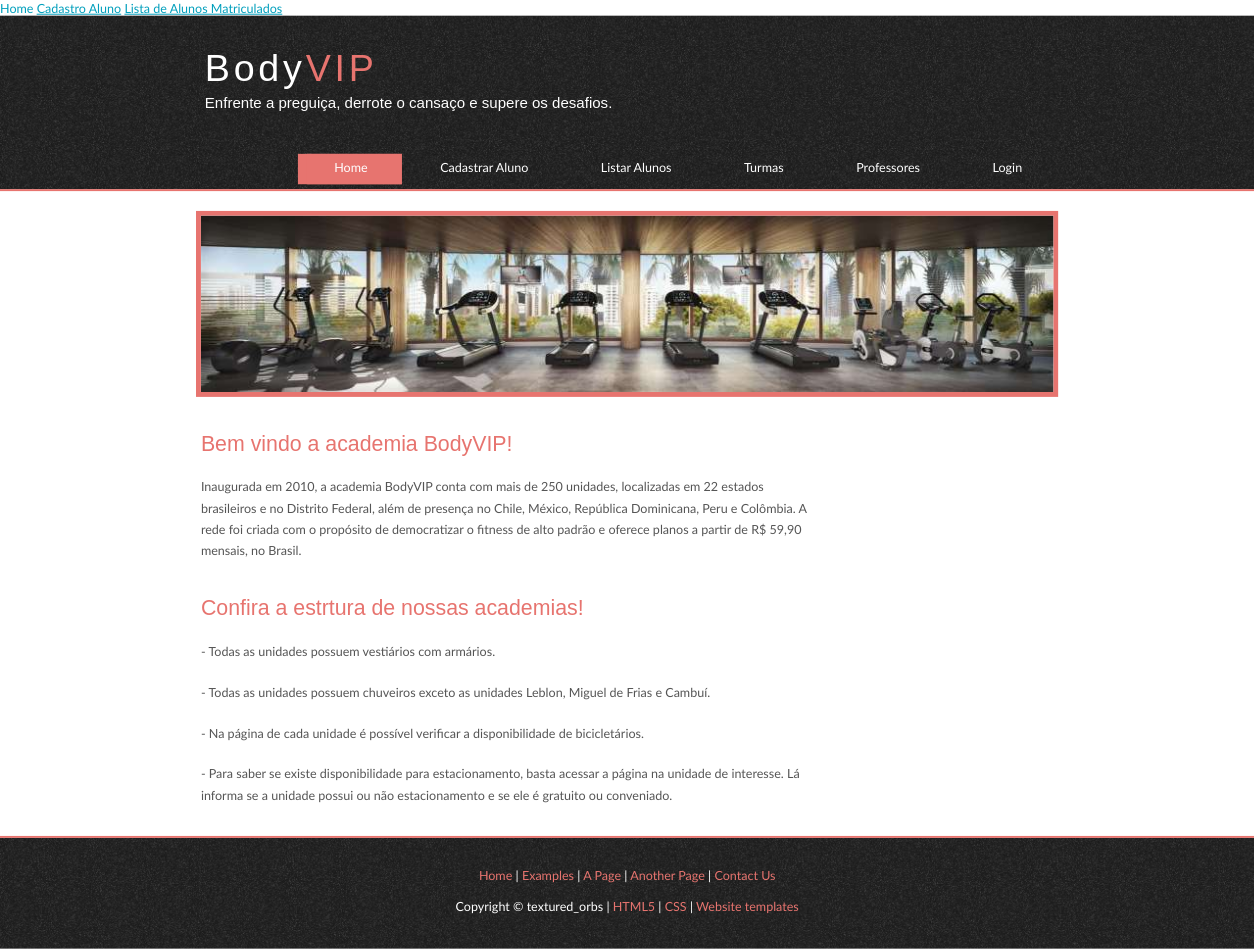
Repository: Thais-Ferreira/Projeto_bodyVIP
Page: http://localhost/BodyVIP/home.jsp
These files come from the project's save history. The page is drawn as it stood at one moment and after the next save; the edit follows.
The browser window is 1280 px wide. The pictures show the whole page, at 98% of full size.
The page is served by Tomcat 9. Other server files are loaded and not shown.

Above is the page before, as saved 2017-06-18 23:37:44.

### BodyVIP/WebContent/home.jsp
<%@ page language="java" contentType="text/html; charset=ISO-8859-1"
    pageEncoding="ISO-8859-1"%>
<!DOCTYPE html PUBLIC "-//W3C//DTD HTML 4.01 Transitional//EN" "http://www.w3.org/TR/html4/loose.dtd">
<html>
<head>
	<meta http-equiv="Content-Type" content="text/html; charset=ISO-8859-1">
	<link rel="stylesheet" type="text/css" href="css/style.css" />
	<title>Home</title>
</head>
<body>
	<jsp:include page="cabecalho.jsp"></jsp:include>
	<div id="main">
    <div id="header">
      <div id="logo">
        <div id="logo_text">
          <!-- class="logo_colour", allows you to change the colour of the text -->
          <h1><a href="index.html">Body<span class="logo_colour">VIP</span></a></h1>
          <h2>Enfrente a preguiça, derrote o cansaço e supere os desafios.</h2>
        </div>
      </div>
      <div id="menubar">
        <ul id="menu">
          <!-- put class="selected" in the li tag for the selected page - to highlight which page you're on -->
          <li class="selected"><a href="index.html">Home</a></li>
          <li><a href="AlunoController?acao=cadastro">Cadastrar Aluno</a></li>
          <li><a href="AlunoController?acao=buscaLista">Listar Alunos</a></li>
          <li><a href="page.html">Turmas</a></li>
          <li><a href="another_page.html">Professores</a></li>
          <li><a href="contact.html">Login</a></li>
        </ul>
      </div>
    </div>
    <div id="content_header"></div>
    <div id="site_content">
      <div id="banner"></div>

      <div id="content">
        <!-- insert the page content here -->
        <h1>Bem vindo a academia BodyVIP!</h1>
        <p>Inaugurada em 2010, a academia BodyVIP conta com mais de 250 unidades, localizadas em 22 estados brasileiros
        e no Distrito Federal, além de presença no Chile, México, República Dominicana, Peru e Colômbia.
        A rede foi criada com o propósito de democratizar o fitness de alto padrão e oferece planos
        a partir de R$ 59,90 mensais, no Brasil.
		</p>
        <h1>Confira a estrtura de nossas academias!</h1>
        <p>- Todas as unidades possuem vestiários com armários.</p>
        <p>- Todas as unidades possuem chuveiros exceto as unidades Leblon, Miguel de Frias e Cambuí.</p>
        <p>- Na página de cada unidade é possível verificar a disponibilidade de bicicletários. </p>
        <p>- Para saber se existe disponibilidade para estacionamento, basta acessar a página na unidade de
        interesse. Lá informa se a unidade possui ou não estacionamento e se ele é gratuito ou conveniado. </p>
      </div>
    </div>
    <div id="content_footer"></div>
    <div id="footer">
      <p><a href="index.html">Home</a> | <a href="examples.html">Examples</a> | <a href="page.html">A Page</a> | <a href="another_page.html">Another Page</a> | <a href="contact.html">Contact Us</a></p>
      <p>Copyright &copy; textured_orbs | <a href="http://validator.w3.org/check?uri=referer">HTML5</a> | <a href="http://jigsaw.w3.org/css-validator/check/referer">CSS</a> | <a href="http://www.html5webtemplates.co.uk">Website templates</a></p>
    </div>
  </div>
</body>
</html>

### BodyVIP/WebContent/cabecalho.jsp
<%@ page language="java" contentType="text/html; charset=ISO-8859-1"
    pageEncoding="ISO-8859-1"%>
<!DOCTYPE html PUBLIC "-//W3C//DTD HTML 4.01 Transitional//EN" "http://www.w3.org/TR/html4/loose.dtd">
<html>
<head>
<meta http-equiv="Content-Type" content="text/html; charset=ISO-8859-1">
<title>Cabeçalho</title>
</head>
<body>
	<a href="home.jsp">Home</a>
	<a href="AlunoController?acao=cadastro">Cadastro Aluno</a>
	<a href="AlunoController?acao=buscaLista">Lista de Alunos Matriculados</a>
</body>
</html>

### BodyVIP/WebContent/css/style.css
@CHARSET "ISO-8859-1";

html
{ height: 100%;}

*
{ margin: 0;
  padding: 0;}

body
{ font: normal .80em 'trebuchet ms', arial, sans-serif;
  background: #FFF;
  color: #555;}

p
{ padding: 0 0 20px 0;
  line-height: 1.7em;}

img
{ border: 0;}

h1, h2, h3, h4, h5, h6
{ color: #E7746F;
  letter-spacing: 0em;
  padding: 0 0 5px 0;}

h1, h2, h3
{ font: normal 170% 'century gothic', arial;
  margin: 0 0 15px 0;
  padding: 15px 0 5px 0;}

h2
{ font-size: 160%;
  padding: 9px 0 5px 0;}

h3
{ font-size: 140%;
  padding: 5px 0 0 0;}

h4, h6
{ color: #009FBC;
  padding: 0 0 5px 0;
  font: normal 110% arial;
  text-transform: uppercase;}

h5, h6
{ color: #888;
  font: normal 95% arial;
  letter-spacing: normal;
  padding: 0 0 15px 0;}

a, a:hover
{ outline: none;
  text-decoration: underline;
  color: #009FBC;}

a:hover
{ text-decoration: none;}

blockquote
{ margin: 20px 0;
  padding: 10px 20px 0 20px;
  border: 1px solid #E5E5DB;
  background: #FFF;}

ul
{ margin: 2px 0 22px 17px;}

ul li
{ list-style-type: circle;
  margin: 0 0 6px 0;
  padding: 0 0 4px 5px;
  line-height: 1.5em;}

ol
{ margin: 8px 0 22px 20px;}

ol li
{ margin: 0 0 11px 0;}

.left
{ float: left;
  width: auto;
  margin-right: 10px;}

.right
{ float: right;
  width: auto;
  margin-left: 10px;}

.center
{ display: block;
  text-align: center;
  margin: 20px auto;}

#main, #logo, #menubar, #site_content, #footer
{ margin-left: auto;
  margin-right: auto;}

#header
{ background: #1d1d1d url(pattern.png) repeat;
  border-bottom: 2px solid #E7746F;
  height: 177px;}

#banner
{ background: transparent url(banner.jpg) no-repeat;
  width: 870px;
  height: 180px;
  margin-bottom: 20px;
  border: 5px solid #E7746F;}

#logo
{ width: 880px;
  position: relative;
  height: 140px;
  background: transparent;}

#logo #logo_text
{ position: absolute;
  top: 10px;
  left: 0;}

#logo h1, #logo h2
{ font: normal 300% 'century gothic', arial, sans-serif;
  border-bottom: 0;
  text-transform: none;
  margin: 0 0 0 9px;}

#logo_text h1, #logo_text h1 a, #logo_text h1 a:hover
{ padding: 22px 0 0 0;
  color: #FFF;
  letter-spacing: 0.1em;
  text-decoration: none;}

#logo_text h1 a .logo_colour
{ color: #E7746F;}

#logo_text a:hover .logo_colour
{ color: #FFF;}

#logo_text h2
{ font-size: 120%;
  padding: 4px 0 0 0;
  color: #FFF;}

#menubar
{ width: 880px;
  height: 46px;}

ul#menu
{ float: right;
  margin: 0;}

ul#menu li
{ float: left;
  padding: 0 0 0 9px;
  list-style: none;
  margin: 1px 2px 0 0;
  background: transparent;}

ul#menu li a
{ font: normal 100% 'trebuchet ms', sans-serif;
  display: block;
  float: left;
  height: 20px;
  padding: 6px 35px 5px 28px;
  text-align: center;
  color: #FFF;
  text-decoration: none;
  background: transparent;}

ul#menu li.selected a
{ height: 20px;
  padding: 6px 35px 5px 28px;}

ul#menu li.selected
{ margin: 1px 2px 0 0;
  background: #E7746F;}

ul#menu li.selected a, ul#menu li.selected a:hover
{ background: #E7746F;
  color: #FFF;}

ul#menu li a:hover
{ color: #FFF;
  background: #E7746F;}

#site_content
{ width: 880px;
  overflow: hidden;
  margin: 20px auto 0 auto;
  padding: 0 0 10px 0;}

#sidebar_container
{ float: right;
  width: 224px;}

.sidebar_top
{ width: 222px;
  height: 14px;
  background: transparent url(side_top.png) no-repeat;}

.sidebar_base
{ width: 222px;
  height: 14px;
  background: url(side_base.png) no-repeat;}

.sidebar
{ float: right;
  width: 222px;
  padding: 0;
  margin: 0 0 16px 0;}

.sidebar_item
{ background: url(side_back.png) repeat-y;
  padding: 0 15px;
  width: 192px;}

.sidebar li a.selected
{ color: #444;}

.sidebar ul
{ margin: 0;}

#content
{ text-align: left;
  width: 620px;
  padding: 0 0 0 5px;
  float: left;}

#content ul
{ margin: 2px 0 22px 0px;}

#content ul li, .sidebar ul li
{ list-style-type: none;
  background: url(bullet.png) no-repeat;
  margin: 0 0 0 0;
  padding: 0 0 4px 25px;
  line-height: 1.5em;}

#footer
{ width: 100%;
  font-family: 'trebuchet ms', sans-serif;
  font-size: 100%;
  height: 80px;
  padding: 28px 0 5px 0;
  text-align: center;
  background: transparent url(pattern.png) repeat;
  border-top: 2px solid #E7746F;
  color: #FFF;}

#footer p
{ line-height: 1.7em;
  padding: 0 0 10px 0;}

#footer a
{ color: #E7746F;
  text-decoration: none;}

#footer a:hover
{ color: #FFF;
  text-decoration: none;}

.search
{ color: #5D5D5D;
  border: 1px solid #BBB;
  width: 134px;
  padding: 4px;
  font: 100% arial, sans-serif;}

.form_settings
{ margin: 15px 0 0 0;}

.form_settings p
{ padding: 0 0 4px 0;}

.form_settings span
{ float: left;
  width: 200px;
  text-align: left;}

.form_settings input, .form_settings textarea
{ padding: 5px;
  width: 299px;
  font: 100% arial;
  border: 1px solid #E5E5DB;
  background: #FFF;
  color: #47433F;}

.form_settings .submit
{ font: 100% arial;
  border: 0;
  width: 99px;
  margin: 0 0 0 212px;
  height: 33px;
  padding: 2px 0 3px 0;
  cursor: pointer;
  background: #E7746F;
  color: #FFF;}

.form_settings textarea, .form_settings select
{ font: 100% arial;
  width: 299px;}

.form_settings select
{ width: 310px;}

.form_settings .checkbox
{ margin: 4px 0;
  padding: 0;
  width: 14px;
  border: 0;
  background: none;}

.separator
{ width: 100%;
  height: 0;
  border-top: 1px solid #D9D5CF;
  border-bottom: 1px solid #FFF;
  margin: 0 0 20px 0;}

table
{ margin: 10px 0 30px 0;}

table tr th, table tr td
{ background: #E7746F;
  color: #FFF;
  padding: 7px 4px;
  text-align: left;}

table tr td
{ background: #E5E5DB;
  color: #47433F;
  border-top: 1px solid #FFF;}

After the next save:
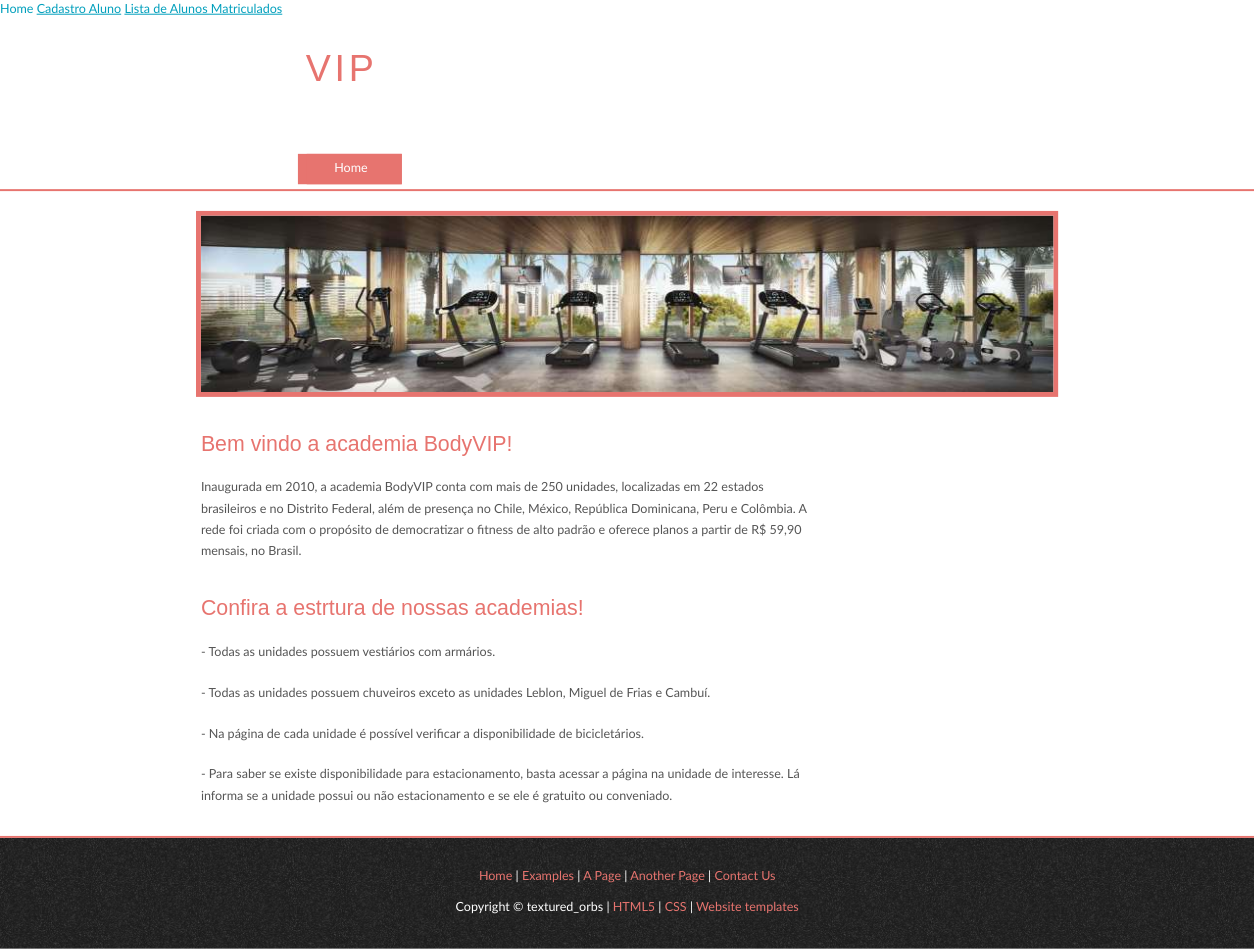
Saved 101 s later.
--- a/BodyVIP/WebContent/css/style.css
+++ b/BodyVIP/WebContent/css/style.css
@@ -98,7 +98,7 @@
   margin-right: auto;}
 
 #header
-{ background: #1d1d1d url(pattern.png) repeat;
+{ background: #1d1d1d imagens(pattern.png) repeat;
   border-bottom: 2px solid #E7746F;
   height: 177px;}
 

After the save that followed:
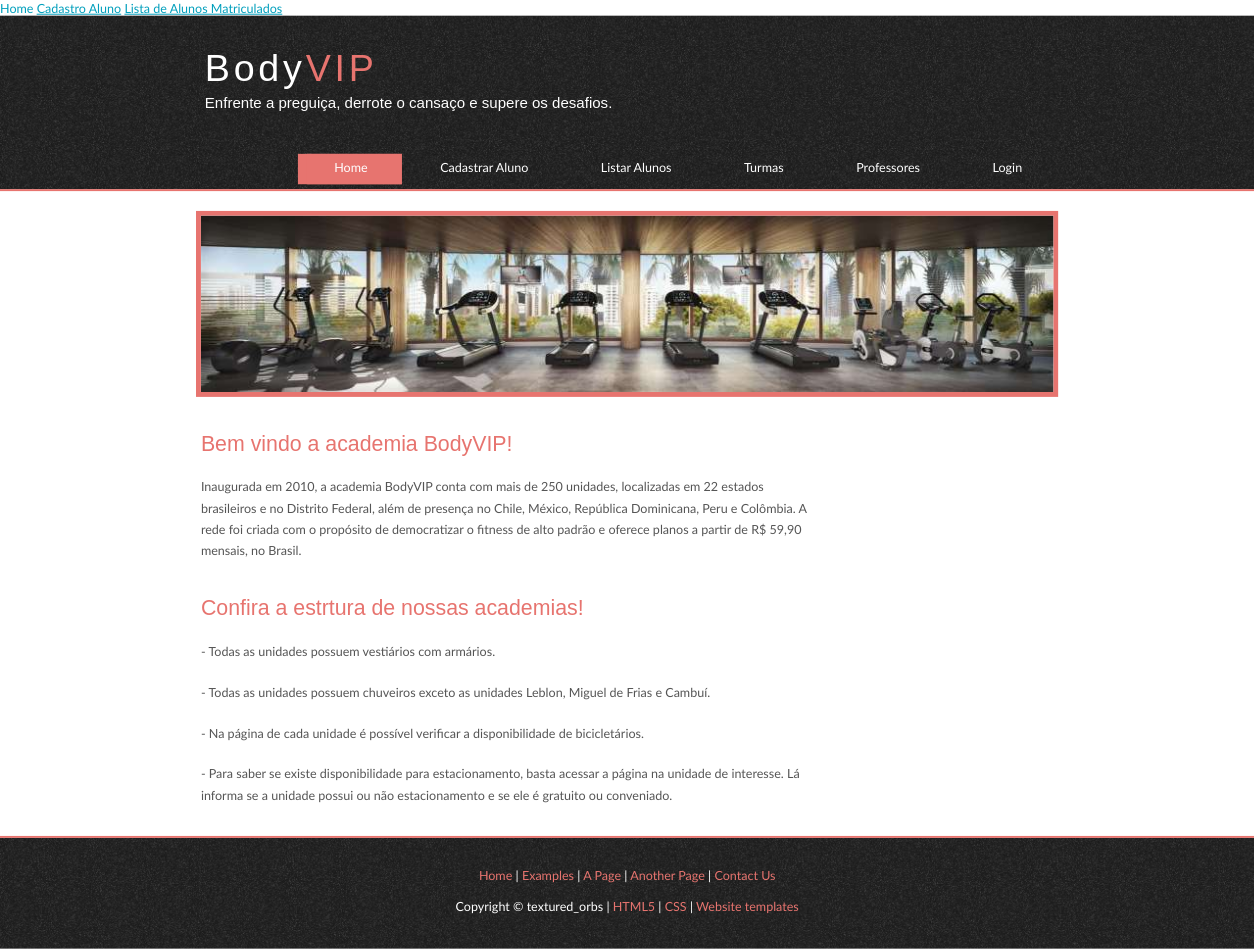
Saved 18 s later.
--- a/BodyVIP/WebContent/css/style.css
+++ b/BodyVIP/WebContent/css/style.css
@@ -98,7 +98,7 @@
   margin-right: auto;}
 
 #header
-{ background: #1d1d1d imagens(pattern.png) repeat;
+{ background: #1d1d1d url(pattern.png) repeat;
   border-bottom: 2px solid #E7746F;
   height: 177px;}
 
